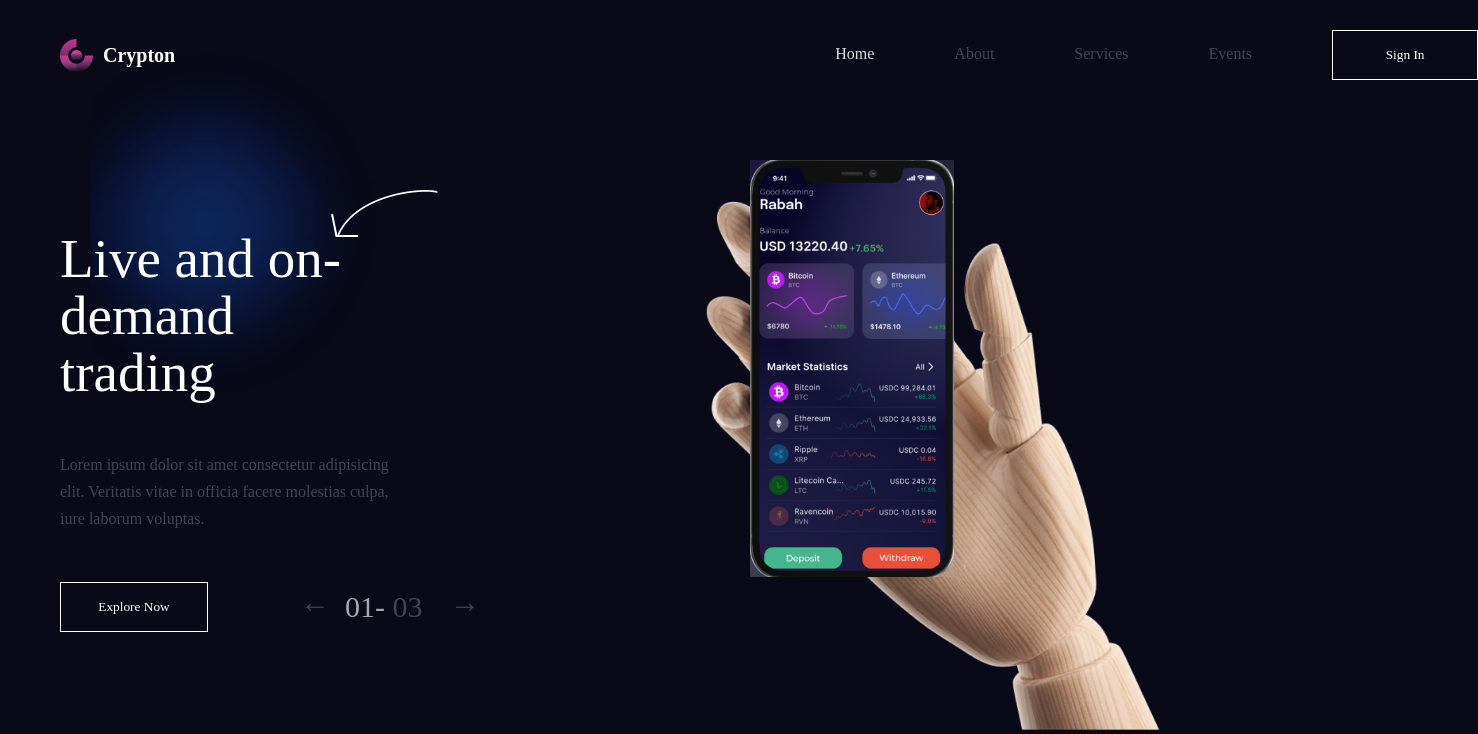
Repository: isaacCodes1/Crypton-Website
Page: index.html
These files come from the project's save history. The page is drawn as it stood at one moment and after the next save; the edit follows.
The browser window is 1280 px wide. The page is 1478 px wide, so the pictures cover 1478 px, including what lies to the right of the window. The pictures show the whole page.

Above is the page before, as saved 2024-05-14 21:01:06.

After the next save:
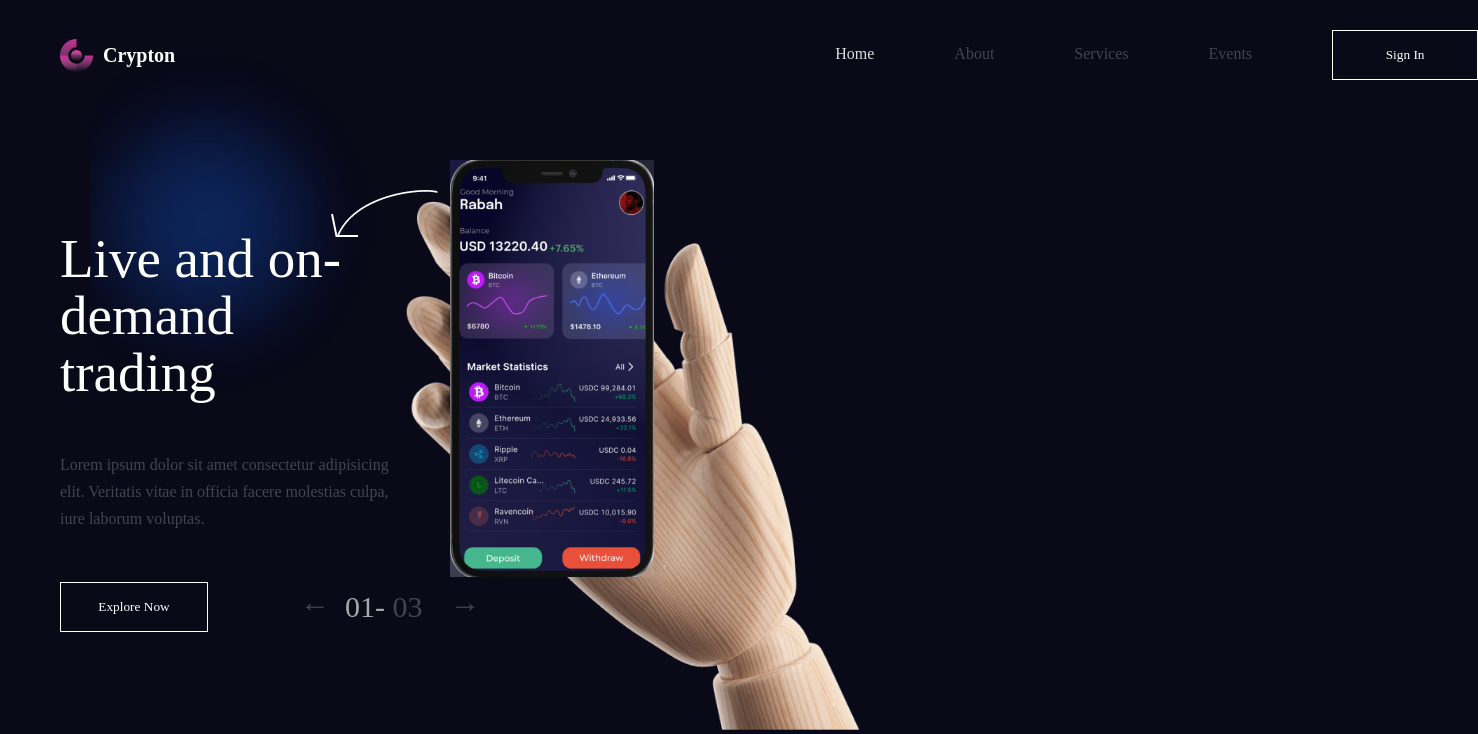
Saved 41 s later.
--- a/style.css
+++ b/style.css
@@ -135,7 +135,7 @@ body{
     display: flex;
     position: absolute;
     top: 190px;
-    right: 120px;
+    right: 420px;
 }
 .hand{
     height: 75vh;
